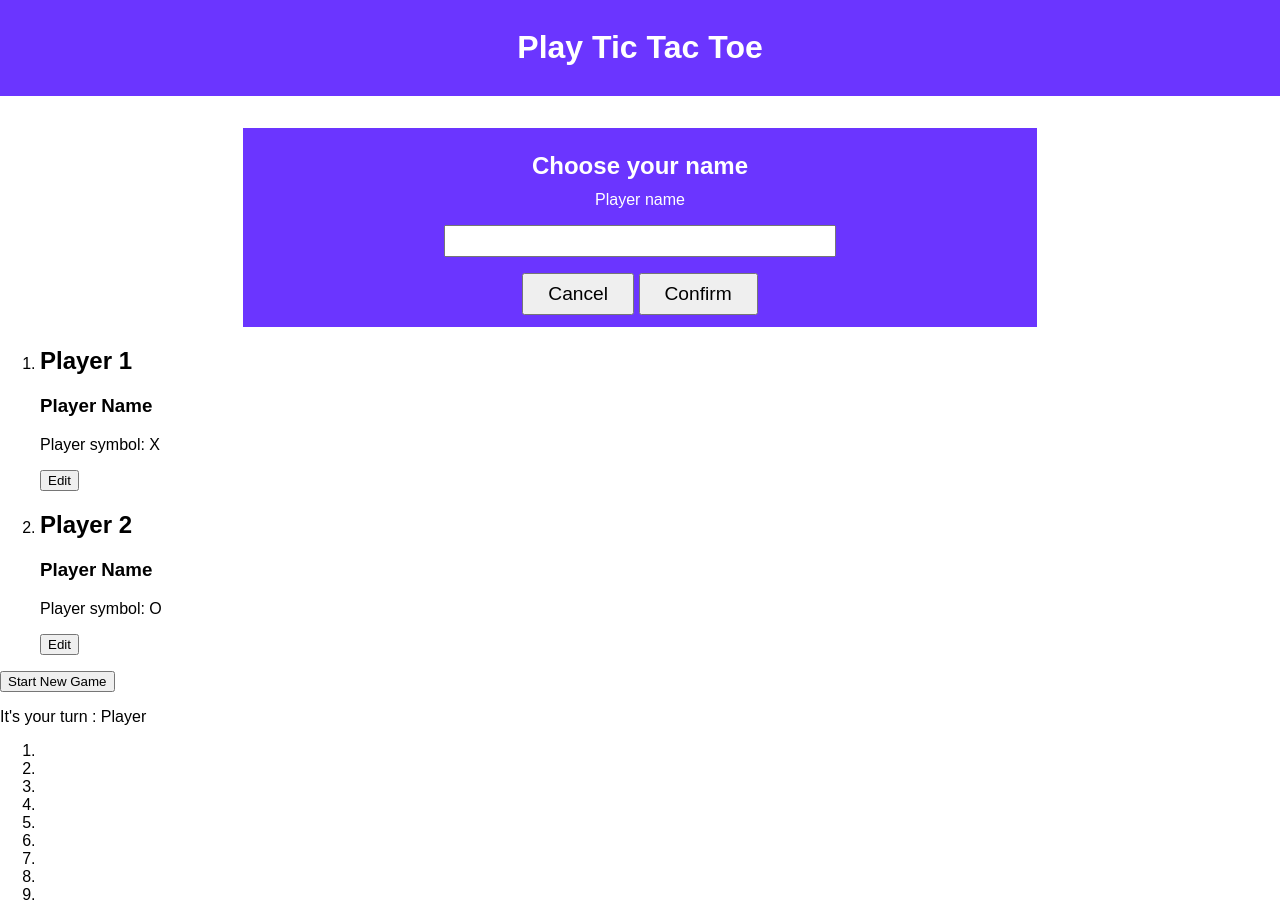
Repository: Harjot00/Wevdev
Page: Tic tac toe/index.html
The author's editor kept a copy of each file at every save. The page is drawn from the files as they stood at one save, then again after the next save.
The browser window is 1280 px wide. The pictures show the whole page.
Some web fonts or font styles are not loaded; a fallback is used.

Above is the page before, as saved 2022-05-21 00:14:42.

### Tic tac toe/index.html
<!DOCTYPE html>
<html lang="en">
<head>
    <meta charset="UTF-8">
    <meta http-equiv="X-UA-Compatible" content="IE=edge">
    <meta name="viewport" content="width=device-width, initial-scale=1.0">
    <link rel="stylesheet" href="styles.css">
    <link href="https://fonts.googleapis.com/css2?family=Roboto:wght@100&family=Send+Flowers&display=swap" rel="stylesheet">
    <title>Tic Tac Toe</title>

</head>
<body>
    <header>
        <h1>Play Tic Tac Toe</h1>

    </header>
    <main>
        <aside>
            <h2>Choose your name</h2>
            <form >
                <div>
                    <label for = "playername">Player name</label>
                    <input type="text" name="username" id="username"/>

                </div>
                <div id = "btn-div">
                    <button type="button"> Cancel</button>
                    <button type="submit">Confirm</button>
                </div>
            </form>
        </aside>
        <div id="gamestyle">
            <ol>
                <li>
                    <h2>Player 1</h2>
                    <h3>Player Name</h3>
                    <p>Player symbol: X</p>
                    <button>Edit</button>
                </li>
                <li>
                    <h2>Player 2</h2>
                    <h3>Player Name</h3>
                    <p>Player symbol: O</p>
                    <button>Edit</button>
                </li>
            </ol>
            <button>Start New Game</button>
        </div>
         <section id="active-game">
             <p>It's your turn : Player</p>
             <ol>
                 <li></li>
                 <li></li>
                 <li></li>
                 <li></li>
                 <li></li>
                 <li></li>
                 <li></li>
                 <li></li>
                 <li></li>
             </ol>
         </section>
    </main>

</body>
</html>

### Tic tac toe/styles.css
@import url('https://fonts.googleapis.com/css2?family=Roboto:wght@100&family=Send+Flowers&display=swap');
body{
    font-family: 'Montserrat', sans-serif;
    margin: 0;
    padding: 0;
}
header{
    background-color: #6b35ff;
    margin:0 0 2rem 0;
    padding: 0.5rem 0;
    color:white;
    text-align: center;
}
aside {
    text-align: center;
    margin:1rem auto;
    width:60vw;
    color:white;
    padding:0.8rem;
    background-color:#6b35ff;
    overflow: wrapped;
}
aside h2{
    margin:0.7rem 0;
}
aside input {
    display:block;
    margin:1rem auto;
    height:1.6rem;
    width:50%;
}
#btn-div button{
    padding:0.5rem 1.5rem;
    font-size:1.2em;



}

After the next save:
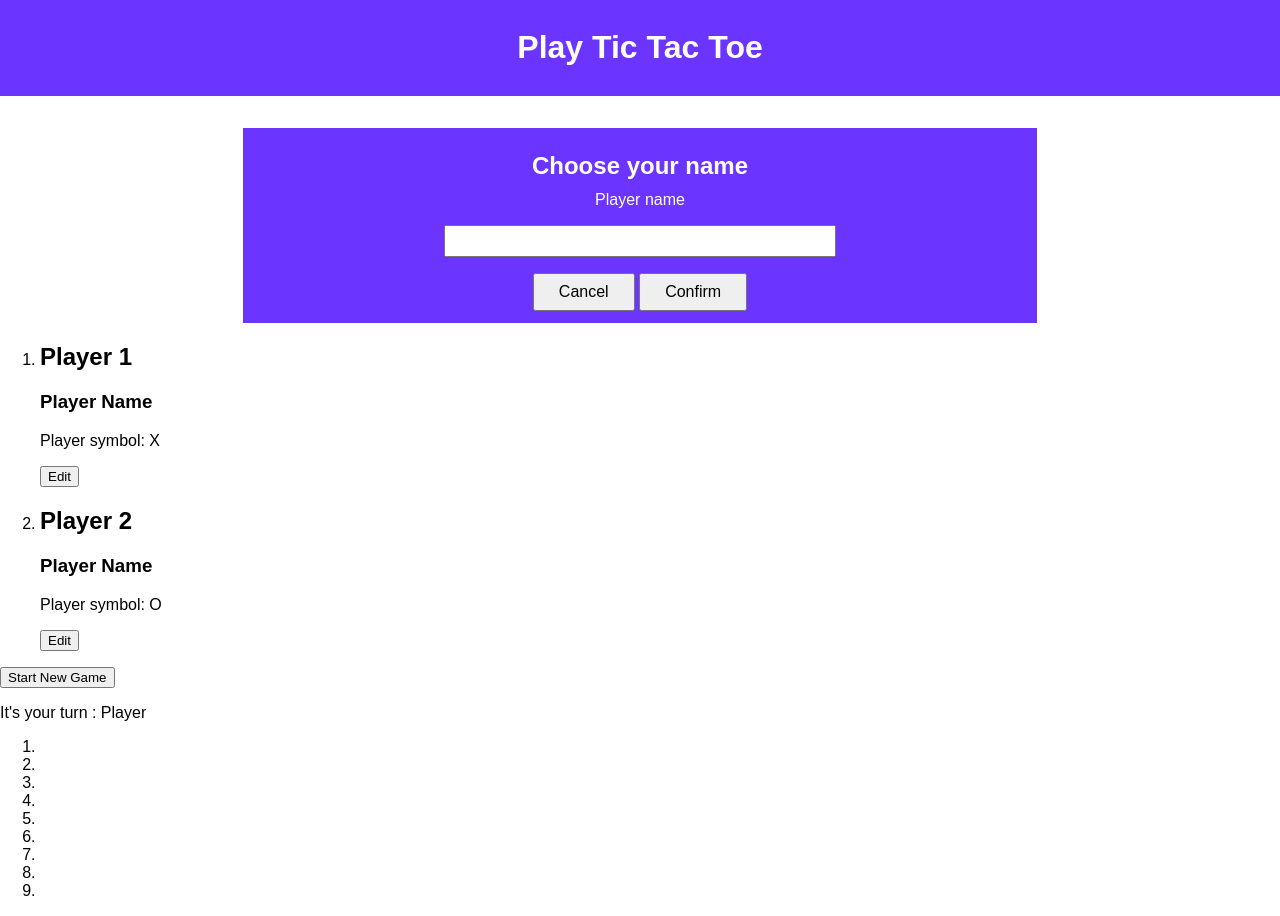
Saved 5 s later.
--- a/Tic tac toe/styles.css
+++ b/Tic tac toe/styles.css
@@ -31,7 +31,7 @@ aside input {
 }
 #btn-div button{
     padding:0.5rem 1.5rem;
-    font-size:1.2em;
+    font-size:1em;
 
 
 
